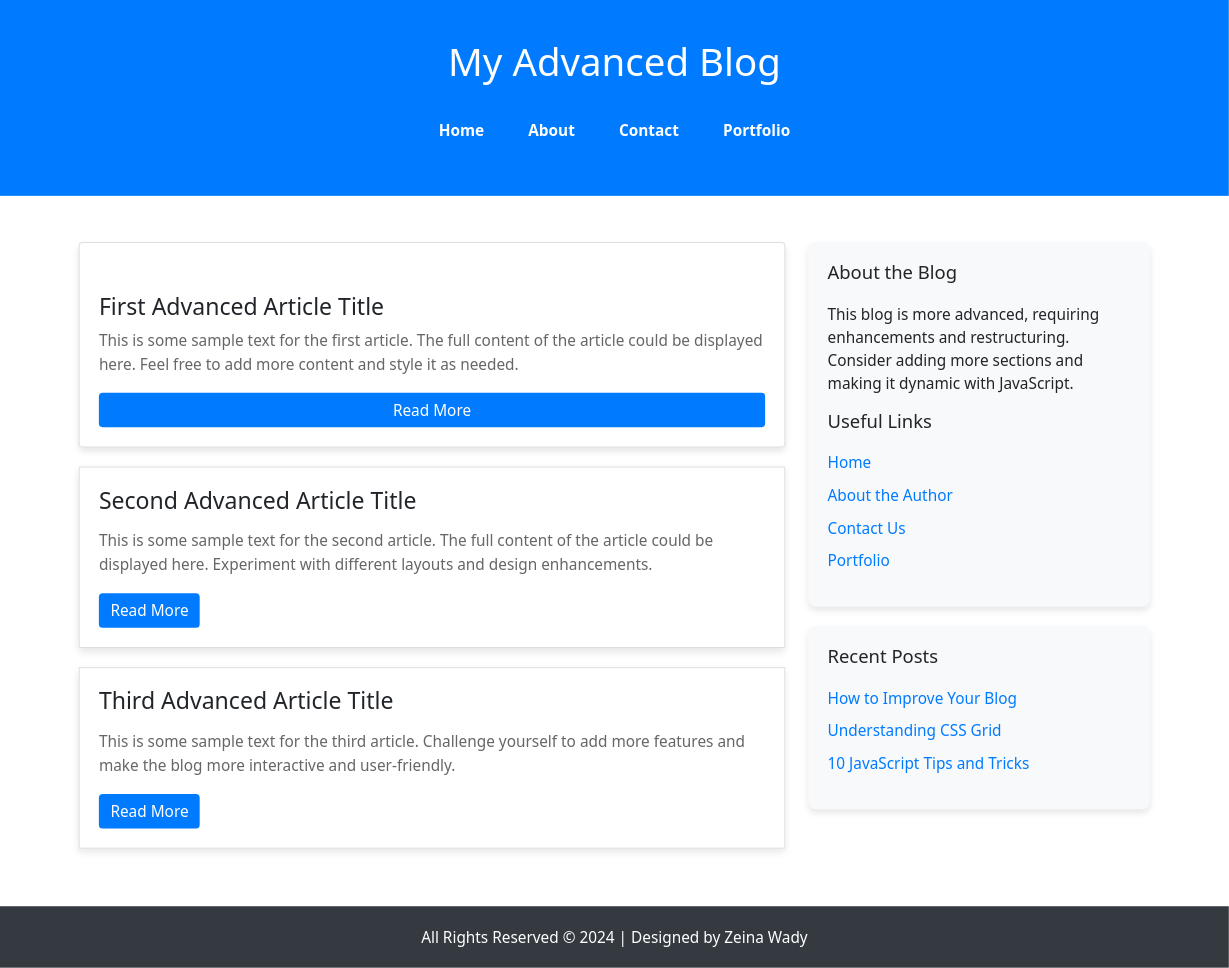
Repository: zeinawady/Blog-Code-Refactoring
Page: index.html
These files come from the project's save history. The page is drawn as it stood at one moment and after a run of saves; the edit follows.
The browser window is 1280 px wide. The pictures show the whole page, at 96% of full size.

Above is the page before, as saved 2024-09-23 14:55:15.

### index.html
<!DOCTYPE html>
<html lang="en">
  <head>
    <meta charset="UTF-8" />
    <meta name="viewport" content="width=device-width, initial-scale=1.0" />
    <title>My Advanced Blog</title>
    <link rel="stylesheet" href="style.css">
    <link
      href="https://cdn.jsdelivr.net/npm/bootstrap@5.1.3/dist/css/bootstrap.min.css"
      rel="stylesheet"
    />

  </head>
  <body>
    <header>
      <h1 class="text-center text-white">My Advanced Blog</h1>
      <nav class="navbar navbar-expand-lg bg-body-tertiary">
        <div class="container">

          <button class="navbar-toggler ms-auto" type="button" data-bs-toggle="collapse" data-bs-target="#navbarNavAltMarkup" aria-controls="navbarNavAltMarkup" aria-expanded="false" aria-label="Toggle navigation">
            <span class="navbar-toggler-icon">click</span>
          </button>
          <div class="collapse navbar-collapse justify-content-center" id="navbarNavAltMarkup">
            <div class="navbar-nav">
              <a class="nav-link active text-white" aria-current="page" href="#">Home</a>
              <a class="nav-link text-white" href="#">About</a>
              <a class="nav-link text-white" href="#">Contact</a>
              <a class="nav-link text-white" href="#">Portfolio</a>
            </div>
          </div>
        </div>
      </nav>

    </header>

    <div class="container mt-5">
      <div class="row">
        <div class="col-lg-8">
          <article class="card">
            <div class="card-body"></div>
            <h2 class="card-title">First Advanced Article Title</h2>
            <p class="card-text">
              This is some sample text for the first article. The full content
              of the article could be displayed here. Feel free to add more
              content and style it as needed.
            </p>
            <button class="btn btn-primary">Read More</button>
          </article>
          <article>
            <h2>Second Advanced Article Title</h2>
            <p>
              This is some sample text for the second article. The full content
              of the article could be displayed here. Experiment with different
              layouts and design enhancements.
            </p>
            <button class="btn btn-primary">Read More</button>
          </article>
          <article>
            <h2>Third Advanced Article Title</h2>
            <p>
              This is some sample text for the third article. Challenge yourself
              to add more features and make the blog more interactive and
              user-friendly.
            </p>
            <button class="btn btn-primary">Read More</button>
          </article>
        </div>
        <div class="col-md-4">
          <aside>
            <h3>About the Blog</h3>
            <p>
              This blog is more advanced, requiring enhancements and
              restructuring. Consider adding more sections and making it dynamic
              with JavaScript.
            </p>
            <h3>Useful Links</h3>
            <ul>
              <li><a href="#">Home</a></li>
              <li><a href="#">About the Author</a></li>
              <li><a href="#">Contact Us</a></li>
              <li><a href="#">Portfolio</a></li>
            </ul>
          </aside>
          <aside>
            <h3>Recent Posts</h3>
            <ul>
              <li><a href="#">How to Improve Your Blog</a></li>
              <li><a href="#">Understanding CSS Grid</a></li>
              <li><a href="#">10 JavaScript Tips and Tricks</a></li>
            </ul>
          </aside>
        </div>
      </div>
    </div>

    <footer>
      <p>All Rights Reserved © 2024 | Designed by Zeina Wady</p>
    </footer>

    <script src="https://cdn.jsdelivr.net/npm/bootstrap@5.1.3/dist/js/bootstrap.bundle.min.js"></script>
  </body>
</html>

### style.css
body {
    font-family: Arial, sans-serif;
    background-color: #f4f4f9;
  }
  :root{
    --main-color:#007bff;
  }
  header {
    background-color: var(--main-color);
    /* color: white; */
    padding: 40px 0;
    /* text-align: center; */
    position: relative;
  }
  header::after {
    content: "";
    position: absolute;
    bottom: -20px;
    left: 50%;
    transform: translateX(-50%);
    width: 100px;
    height: 5px;
    background-color: white;
  }
  .navbar {
    display: flex;
    justify-content: center;
    margin-top: 20px;
  }
  nav a {
    color: white;
    margin: 0 15px;
    text-decoration: none;
    font-weight: bold;
  }
  nav a:hover {
    text-decoration: underline;
  }
  article {
    border: 1px solid #ddd;
    margin-bottom: 20px;
    padding: 20px;
    background-color: white;
    box-shadow: 0 4px 8px rgba(0, 0, 0, 0.1);
    transition: transform 0.3s ease, box-shadow 0.3s ease;
  }
 artcile:hover {
    transform: translateY(-5px);
    box-shadow: 0 8px 16px rgba(0, 0, 0, 0.2);
  }
  article h2 {
    font-size: 1.5rem;
    margin-bottom: 15px;
  }
  article p {
    color: #666;
    line-height: 1.6;
  }
  article .btn-primary {
    background-color:var(--main-color);
    border: none;
  }
  article .btn-primary:hover {
    background-color: #0056b3;
  }
  aside {
    background-color: #f8f9fa;
    padding: 20px;
    border-radius: 8px;
    box-shadow: 0 4px 8px rgba(0, 0, 0, 0.1);
    margin-bottom: 20px;
  }
  aside h3 {
    margin-bottom: 20px;
    font-size: 1.2rem;
  }
  aside ul {
    list-style-type: none;
    padding-left: 0;
  }
  aside ul li {
    margin-bottom: 10px;
  }
  aside ul li a {
    color: var(--main-color);
    text-decoration: none;
  }
  aside ul li a:hover {
    text-decoration: underline;
  }
  footer {
    background-color: #343a40;
    color: white;
    text-align: center;
    padding: 20px;
    margin-top: 40px;
  }
  footer p {
    margin: 0;
  }

After the next 2 saves:
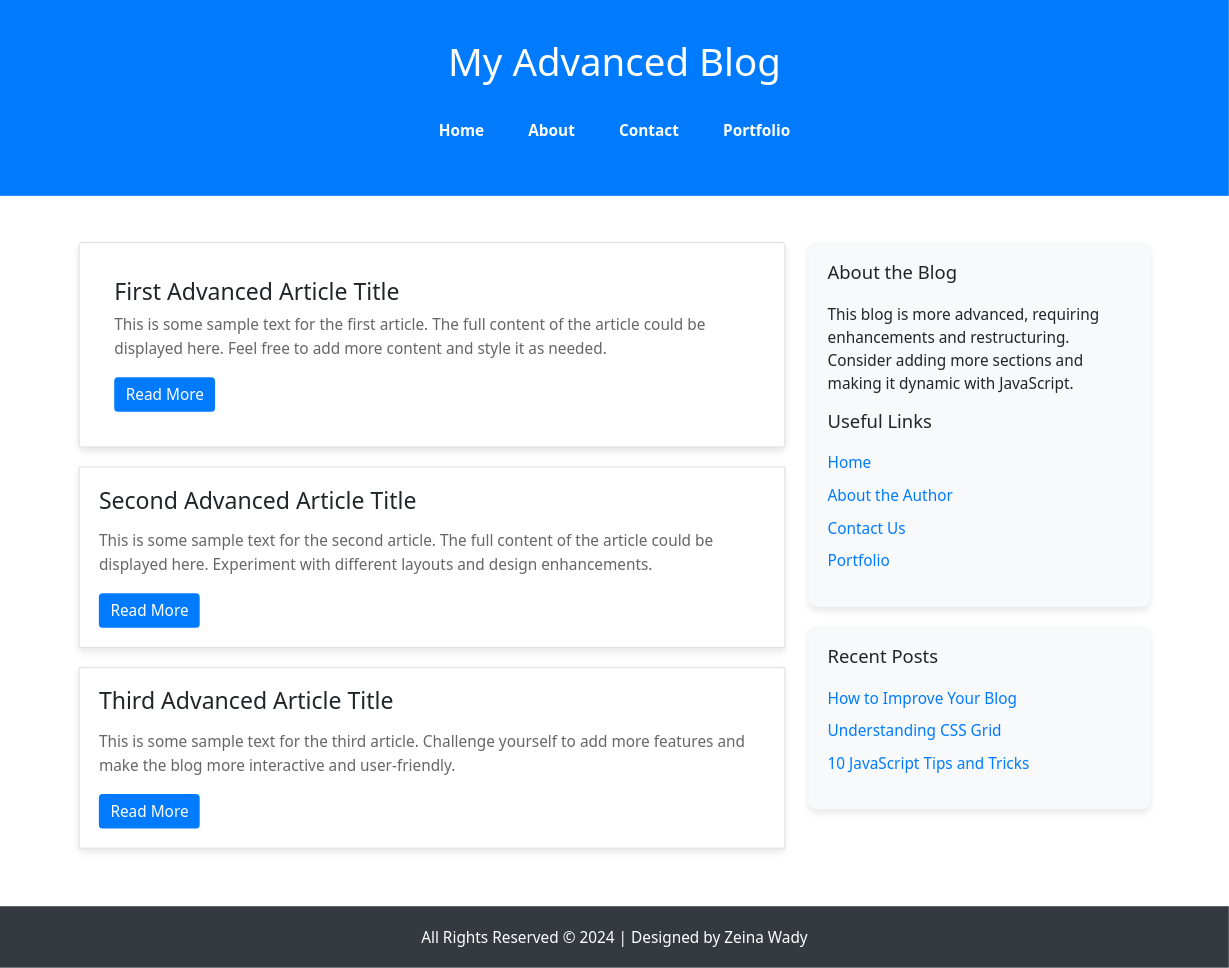
The 2 saves are shown as one change because they came seconds apart.
The last was saved 5 s later.
--- a/index.html
+++ b/index.html
@@ -37,7 +37,7 @@
       <div class="row">
         <div class="col-lg-8">
           <article class="card">
-            <div class="card-body"></div>
+            <div class="card-body">
             <h2 class="card-title">First Advanced Article Title</h2>
             <p class="card-text">
               This is some sample text for the first article. The full content
@@ -45,7 +45,8 @@
               content and style it as needed.
             </p>
             <button class="btn btn-primary">Read More</button>
-          </article>
+         </div>
+        </article>
           <article>
             <h2>Second Advanced Article Title</h2>
             <p>
